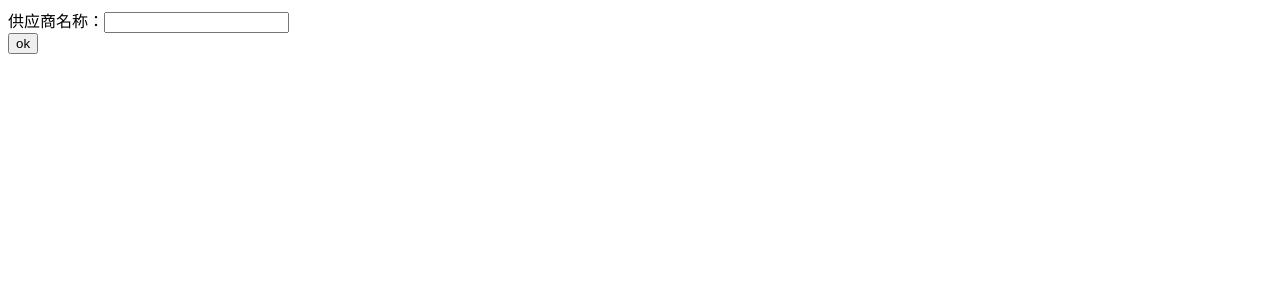
Repository: yangdaipeng1/first-composition
Page: http://localhost/scm32/
These files come from the project's save history. The page is drawn as it stood at one moment and after the next save; the edit follows.
The browser window is 1280 px wide. The pictures show the whole page.
The page is served by Tomcat 9. Nobody is signed in. The application's start-up code is not run.

Above is the page before, as saved 2019-08-10 08:45:29.

After the next save:
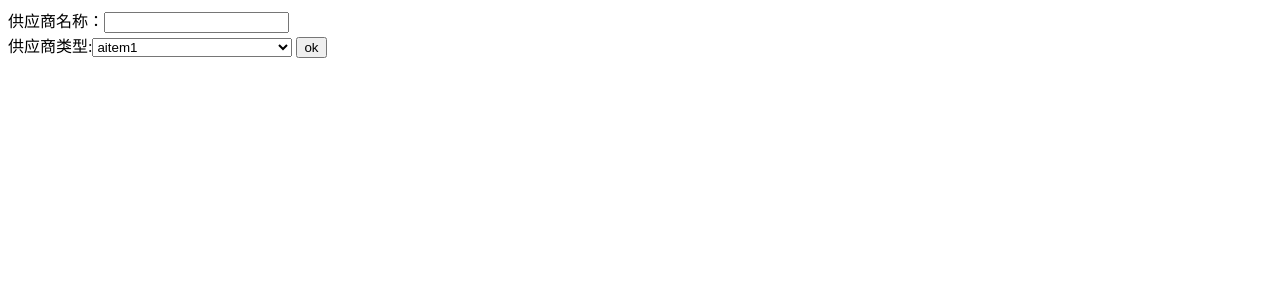
Saved 6 min 4 s later.
--- a/scm32/WebRoot/index.jsp
+++ b/scm32/WebRoot/index.jsp
@@ -5,6 +5,14 @@
 <body>
 	<form action="supplier/insert.action" method="post">
 		供应商名称：<input type="text"	name="supName"><br>
+		供应商类型:<select id="cc" class="easyui-combobox" name="dept" style="width:200px;">
+				    <option value="aa">aitem1</option>
+				    <option>bitem2</option>
+				    <option>bitem3</option>
+				    <option>ditem4</option>
+				    <option>eitem5</option>
+				</select>
+
 		<input type="submit" value="ok">
 	</form>
 </body>
